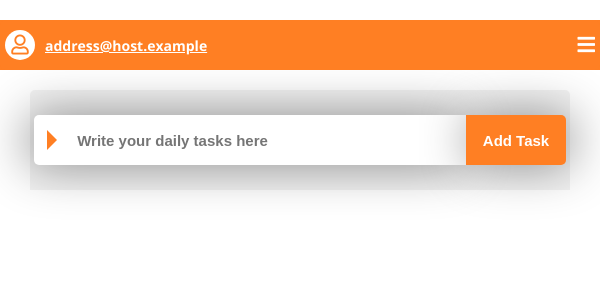
Repository: OmarEssameldinMousa/To-do-list-level01
Page: index.html
These files come from the project's save history. The page is drawn as it stood at one moment and after the next save; the edit follows.
The browser window is 600 px wide. The pictures show the whole page.

Above is the page before, as saved 2023-08-10 00:58:54.

### index.html
<!DOCTYPE html>
<html lang="en">

<head>
    <meta charset="UTF-8">
    <meta name="viewport" content="width=device-width, initial-scale=1.0">
    <title>ToDo</title>
    <link rel="stylesheet" href="main.css">
    <link rel="preconnect" href="https://fonts.gstatic.com" />
    <link rel="stylesheet" href="css/all.min.css">
    <link href="https://fonts.googleapis.com/css2?family=Open+Sans:wght@400;700&display=swap" rel="stylesheet" />
</head>

<body>
    <div class="dashboard">
        <div class="nav">
            <div class="navigation">
                <div class="profile">
                    <div class="profile-pic">
                        <i class="fa-regular fa-user"></i>
                    </div>
                    <h3>address@host.example</h3>
                    <i class="fa-solid fa-bars" style="color: #ffffff;"></i>
                    <!-- <i class="fa-solid fa-bars second" style="color: #ffffff;"></i> -->
                    <!-- <i class="fa-solid fa-arrow-right" style="color: #ffffff;"></i>
                    <i class="fa-solid fa-arrow-left" style="color: #ffffff;"></i> -->
                </div>
                <ul>
                    <li>
                        <span class="toggle"></span>
                        <span class="title">option</span>
                        <i class="fa-solid fa-plus"></i>
                    </li>
                    <li>
                        <span class="toggle"></span>
                        <span class="title">option</span>
                    </li>
                    <li>
                        <span class="toggle"></span>
                        <span class="title">option</span>
                    </li>
                    <li>
                        <span class="toggle"></span>
                        <span class="title">option</span>
                    </li>
                    <li>
                        <span class="toggle"></span>
                        <span class="title">option</span>
                    </li>
                    <li>
                        <span class="toggle"></span>
                        <span class="title">option</span>
                    </li>
                    <li>
                        <span class="toggle"></span>
                        <span class="title">option</span>
                    </li>
                    <li>
                        <span class="toggle"></span>
                        <span class="title">option</span>
                    </li>
                </ul>
            </div>
        </div>
        <div class="workstation">
            <div class="container">
                <div class="form">
                    <div>
                        <span></span>
                        <input type="text" class="input" placeholder="Write your daily tasks here">
                    </div>
                    <input type="submit" class="add" value="Add Task">
                </div>
                <!-- separator -->
                <div class="tasks">
                    <div class="tasks-numbers">

                    </div>
                    <div class="tasks-container">

                    </div>
                </div>
            </div>
        </div>
    </div>
    <script src="main.js"></script>
</body>

</html>

### main.css
:root {
    --main-color: rgba(235, 235, 235, 0.6);
    --secondery-color: #ff7f23;
}

* {
    -webkit-box-sizing: border-box;
    -moz-box-sizing: border-box;
    box-sizing: border-box;
    padding: 0;
    margin: 0;
}

body {
    font-family: "Open Sans", sans-serif;
    background-image: url(backgroundimage.jpg);
    background-repeat: no-repeat;
    background-size: cover;
    position: relative;
    height: 100%;
}


ul {
    list-style: none;
}


.dashboard {
    display: flex;
    height: 100%;
    width: 100%;
    column-gap: 0px;
}

.nav {
    width: 25%;
    height: 100%;
    position: relative;
    margin-top: 20px;
    border-radius: 5px;
}

.nav .navigation {
    height: 100%;
    width: 100%;
    position: relative;
}

.nav .navigation .profile {
    width: 100%;
    height: 50px;
    background-color: var(--secondery-color);
    display: flex;
    align-items: center;
    /* border-bottom: 5px solid white; */
    border-radius: 5px;
    position: relative;
}

.nav .navigation .profile .profile-pic {
    border-radius: 50%;
    background-color: white;
    height: 30px;
    width: 30px;
    display: flex;
    align-items: center;
    justify-content: center;
    margin-left: 5px;
}

.nav .navigation .profile i {
    font-size: 20px;
    color: var(--secondery-color);
}

.nav .navigation .profile h3 {
    font-size: 14px;
    padding-left: 10px;
    text-decoration: underline;
    color: white;
}

.nav .navigation ul {
    width: 100%;
    margin: auto;
    margin-top: 5px;
    padding: 5px;
    background: var(--main-color);
    border-bottom-left-radius: 5px;
    border-bottom-right-radius: 5px;
    border-bottom: 5px solid #ff7f23;
}

.nav .navigation ul li {
    padding: 5px;
    height: 30px;
    background-color: white;
    margin-bottom: 5px;
    border-radius: 1px;
    border-left: 5px solid #ff7f23;
    display: flex;
    align-items: center;
    transition: 0.3s;
}


.nav .navigation ul li:hover .toggle {
    padding-left: 10px;
}

.fa-solid.fa-plus {
    position: absolute;
    right: 15px;
    font-size: 25px;
    color: #ff7f23;
    font-weight: bold;
}

li .toggle {
    border: 10px solid var(--secondery-color);
    border-color: transparent transparent transparent #ff7f23;
    transition: 0.3s;
}

.workstation {
    height: 100%;
    position: relative;
    flex: 1;
}

.container {
    width: 100%;
    min-height: 50px;
    background-color: transparent;
    z-index: 1;
    position: absolute;
}

.container .form {
    width: 90%;
    height: 100px;
    background-color: var(--main-color);
    margin: 20px auto;
    border-top-right-radius: 5px;
    border-top-left-radius: 5px;
    text-align: center;
    position: relative;
    display: flex;
    justify-content: center;
    align-items: center;
}

.container .tasks {
    width: 90%;
    background-color: var(--main-color);
    margin: 20px auto;
    display: flex;
    border-bottom-left-radius: 5px;
    border-bottom-right-radius: 5px;
}

.container .form .input,
.container .form .add {
    display: block;
    height: 50px;
}

.container .form div {
    width: 80%;
    border-bottom-left-radius: 5px;
    border-top-left-radius: 5px;
    border: 0px solid;
    box-shadow: -5px 0 50px 0px #00000073;
    background-color: white;
    display: flex;
    justify-content: flex-end;
    align-items: center;
}

.container .form div span {
    border: 10px solid #ff7f23;
    border-color: transparent transparent transparent #ff7f23;
    margin-right: 10px;
}

.container .form div .input {
    outline: 0;
    font-size: 15px;
    border: 0px solid;
    font-weight: bold;
    width: 90%;
}

.container .form .add {
    width: 100px;
    border: 0px solid;
    background-color: #ff7f23;
    color: white;
    font-weight: bold;
    font-size: 15px;
    border-bottom-right-radius: 5px;
    border-top-right-radius: 5px;
    box-shadow: 5px 0 50px 0px #00000073;
}

.container .tasks .tasks-container {
    width: 80%;
    display: flex;
    flex-direction: column;
    align-items: center;
    align-content: center;
    flex: 1;
}

.container .tasks .tasks-container .task {
    width: 80%;
    height: 50px;
    border-radius: 5px;
    border: 0px solid;
    box-shadow: -5px 0 50px 0px #00000073;
    background-color: white;
    margin: 10px 0;
    position: relative;
    display: flex;
    align-items: center;
}

.container .tasks .tasks-container .task i {
    margin-left: 10px;
    margin-right: 10px;
    color: var(--secondery-color);
}


.container .tasks .tasks-container .task::after {
    content: "";
    width: 10%;
    height: 100%;
    background-color: #ff7f23;
    position: absolute;
    top: 0;
    left: 90%;
    z-index: 0;
    border-top-right-radius: 5px;
    border-bottom-right-radius: 5px;
}

.container .tasks .tasks-container .task i:first-of-type {
    position: absolute;
    right: 4%;
    top: 50%;
    transform: translateY(-50%);
    color: white;
    z-index: 1;
    font-size: 20px;
}

.container .tasks .tasks-container .task i:last-of-type {
    position: absolute;
    right: 0%;
    top: 50%;
    transform: translateY(-50%);
    color: white;
    z-index: 1;
    font-size: 20px;
}

.container .tasks .tasks-numbers {
    width: 50px;
    display: flex;
    align-items: center;
    flex-direction: column;
}


.tasks-numbers .repated-line-circle {
    width: 2px;
    height: 70px;
}

.tasks-numbers .line-circle {
    display: flex;
    flex-direction: column;
    width: 100%;
    height: 100%;
    justify-content: space-between;
    align-items: center;
}

.tasks-numbers .line-circle .upper-line {
    width: 100%;
    height: 40%;
    background-color: white;
}

.tasks-numbers .line-circle .circle {
    font-family: 'VT323', monospace;
    width: 20px;
    height: 20px;
    background-color: #ff7f23;
    border-radius: 50%;
    text-align: center;
    position: relative;
    transition: 0.3s;
    animation: gradient-animation 5s infinite alternate;
    border: 1px solid white;
}


.tasks-numbers .line-circle .circle p {
    position: absolute;
    left: 50%;
    top: 50%;
    transform: translate(-50%, -50%);
    font-size: 14px;
    color: white;
}

.line-circle .circle p a {
    text-decoration: none;
}

.tasks-numbers .line-circle .lower-line {
    width: 2px;
    height: 40%;
    background-color: white;
}

.nav .navigation .profile i.fa-solid.fa-bars {
    position: absolute;
    right: 5px;
}


@media (max-width: 767px) {
    body {
        background-image: none;
    }

    .dashboard {
        flex-direction: column;
    }

    .nav {
        width: 100% !important;
        height: 50px;
        z-index: 2;
    }

    .navigation {
        width: 100%;
        position: absolute;
        background-color: #ff7f23;
    }

    .nav .navigation ul {
        width: 100%;
        display: none;
    }

    .nav .navigation ul li {
        border: none;
        margin: 0;
    }

    .navigation .footer {
        display: none;
    }

    .nav .navigation .profile i.fa-solid.fa-bars {
        display: inline-block;
    }

    .nav .navigation .profile i.fa-solid.fa-bars.second {
        display: none;
    }
}

/* Small */
@media (min-width: 768px) {}

/* Medium */
@media (min-width: 992px) {}

/* Large */
@media (min-width: 1200px) {}

### main.js
let counter = 1;
let counterarray = [];
let tasksDiv = document.querySelector(".tasks-container");
let tasksnumbersDiv = document.querySelector(".tasks-numbers");
let inputbox = document.querySelector(".input");
let inputboxValue = inputbox.value;
let inputbtn = document.querySelector(".add");
let idtentity = 0;
let list = [];
let menu_bars = document.querySelector("i.fa-solid.fa-bars")
let optionsul = document.querySelector(".nav .navigation ul")
let menu_bars2 = document.querySelector("i.fa-solid.fa-bars.second")
let navdiv = document.querySelector(".nav")

function createTaskDiv_NumberDiv() {
    if (inputbox.value != "") {
        let inputbox = document.querySelector(".input");
        let inputboxValue = inputbox.value;
        counterarray.push(counter);
        // craeting task divs
        let taskDiv = document.createElement("div");
        taskDiv.className = "task";
        let i1 = document.createElement("i");
        i1.className = "fa-regular fa-square-check";
        let i2 = document.createElement("i");
        i2.className = "fa-solid fa-clock";
        let i3 = document.createElement("i");
        i3.className = "fa-regular fa-trash-can";
        i3.setAttribute("index", counterarray.length - 1);
        let tasktitle = document.createElement("h4");
        tasktitle.innerHTML = inputboxValue;
        // nesting all childs under each parent
        tasksDiv.appendChild(taskDiv);
        taskDiv.appendChild(i1);
        taskDiv.appendChild(i2);
        taskDiv.appendChild(i3);
        taskDiv.appendChild(tasktitle);
        //creating the numbering divs
        let repatedlinecircleDiv = document.createElement("div");
        repatedlinecircleDiv.className = "repated-line-circle";
        let linecirclediv = document.createElement("div");
        linecirclediv.className = "line-circle";
        let upperlinediv = document.createElement("div");
        upperlinediv.className = "upper-line";
        let circlediv = document.createElement("div");
        circlediv.className = "circle";
        let circleparacontent = document.createElement("p");
        circleparacontent.innerHTML = `${counterarray.length}`;
        let lowerlinediv = document.createElement("div");
        lowerlinediv.className = "lower-line";
        //nesting all childs under each parent
        tasksnumbersDiv.appendChild(repatedlinecircleDiv);
        repatedlinecircleDiv.appendChild(linecirclediv);
        linecirclediv.appendChild(upperlinediv);
        linecirclediv.appendChild(circlediv);
        circlediv.appendChild(circleparacontent);
        linecirclediv.appendChild(lowerlinediv);
        // after adjustments
        list.push({ "id": idtentity, "title": inputbox.value, });
        window.localStorage.setItem("tasks", JSON.stringify(list));
        inputbox.value = "";
        counter++;
        idtentity++;
        inputbox.focus();
    }
}

inputbtn.addEventListener("click", createTaskDiv_NumberDiv);

document.addEventListener("click", function (e) {
    if (e.target.className === "fa-regular fa-trash-can") {
        let n = 1;
        // deleting from BOM - local storage
        let storedTasks = JSON.parse(window.localStorage.getItem("tasks"))
        storedTasks.filter(a => a.id != e.index);
        list = storedTasks;
        window.localStorage.clear()
        window.localStorage.setItem("tasks", JSON.stringify(storedTasks));
        // deleting from the DOM
        e.target.parentElement.parentElement.previousElementSibling.lastChild.remove();
        counterarray.pop();
        counter--;
        e.target.parentElement.remove();
        document.querySelectorAll(".circle p").forEach(element => {
            element.innerHTML = n;
            n++;
        });
    }
})

menu_bars.addEventListener("click", function () {
    if (optionsul.style.display == "block") {
        optionsul.style.display = "none"
    } else {
        optionsul.style.display = "block"
    }
})

Loaded but not shown: css/all.min.css (library)

After the next save:
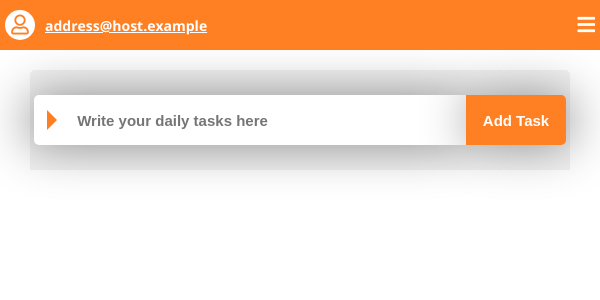
Saved 2 min 30 s later.
--- a/main.css
+++ b/main.css
@@ -343,6 +343,7 @@ li .toggle {
     }
 
     .nav {
+        margin-top: 0;
         width: 100% !important;
         height: 50px;
         z-index: 2;
